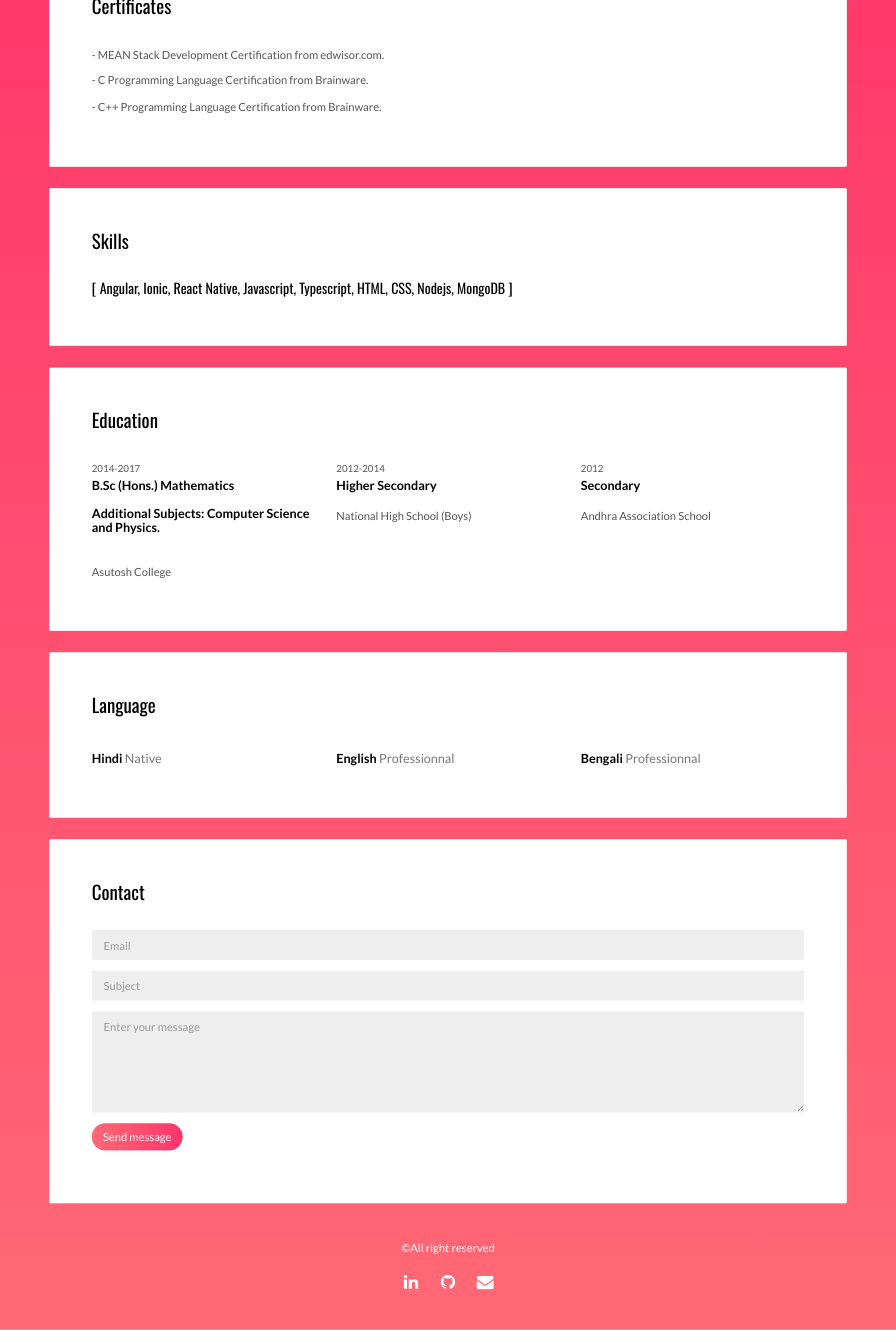
Repository: Ankit-singh7/work_with_ankit.github.io
Page: index.html
An editor plug-in stored every save of this project. The page is shown before and after the next save, followed by the edit.
The browser window is 1280 px wide. The pictures show the part of the page from y = 2311 to 4231 px (the page is 4211 px tall before and 4231 px after), at 70% of full size.

Above is the page before, as saved 2021-03-04 00:16:07.

### index.html
<!DOCTYPE html>
<html lang="en">

<head>
  <meta charset="UTF-8">
  <meta content="IE=edge" http-equiv="X-UA-Compatible">
  <meta content="width=device-width,initial-scale=1" name="viewport">
  <meta content="description" name="description">
  <meta name="google" content="notranslate" />
  <meta content="Mashup templates have been developped by Orson.io team" name="author">

  <!-- Disable tap highlight on IE -->
  <meta name="msapplication-tap-highlight" content="no">

  <link rel="apple-touch-icon" sizes="180x180" href="./assets/apple-icon-180x180.png">
  <link href="./assets/images/img.jpg" rel="icon">

  <title>@nk!t $!ngh | Software Developer</title>

 <link href="./main.d8e0d294.css" rel="stylesheet"></head>

<body class="">

<!-- Add your content of header -->
<div class="background-color-layer" style="background-image: url('assets/images/img-01.jpg')"
></div>
<main class="content-wrapper">
  <header class="white-text-container section-container">
    <div class="text-center">
      <h1>I am Ankit Singh</h1>
      <p>Software Developer</p>
      <p>
        <!-- <a class="fa-icon fa-icon-2x" href="https://facebook.com/" title="">
          <i class="fa fa-facebook"></i>
        </a> -->
        <!-- <a class="fa-icon fa-icon-2x" href="https://twitter.com/" title="">
          <i class="fa fa-twitter"></i>
        </a> -->
        <!-- <a class="fa-icon fa-icon-2x" href="https://dribbble.com/" title="">
          <i class="fa fa-dribbble"></i>
        </a> -->
        <a class="fa-icon fa-icon-2x" href="https://www.linkedin.com/in/ankit-singh-04b976165/" title="">
          <i class="fa fa-linkedin"></i>
        </a>
        <a class="fa-icon fa-icon-2x" href="https://github.com/Ankit-singh7" title="">
          <i class="fa fa-github"></i>
        </a>
        <a class="fa-icon fa-icon-2x" href="mailto:ankit.as2307@gmail.com" title="">
          <i class="fa fa-envelope"></i>
        </a>
        <!-- <a class="fa-icon fa-icon-2x" href="https://vimeo.com/" title="">
          <i class="fa fa-vimeo"></i>
        </a> -->
      </p>
    </div>
  </header>



<!-- Add your site or app content here -->

 <div class="container">
   <div class="row">
     <div class="col-xs-12">

        <div class="card">
          <div class="card-block">
            <h2>About me</h2>
            <div class="row">
              <div class="col-md-4">
                <p><img src="./assets/images/img.jpg" class="img-responsive" alt=""></p>
              </div>
              <div class="col-md-8">

              <p>Software Developer with 2+ years of experience in web development and hybrid mobile application development using Angular, Ionic and React Native.</p>
              <p>A technology enthusiast with a keen
                interest in problem solving with years of
                experience in Frontend Development and
                Hybrid Mobile App Development.</p>

              </div>
            </div>
          </div>
        </div>

        <!-- <div class="card">
          <div class="card-block">
            <h2>Projects</h2>
            <div class="row">
              <div class="col-md-4">
                <img src="./assets/images/img-02.jpg" class="img-responsive" alt="">
                <h3 class="h5">Amelia App</h3>
                <p>June 2017</p>
              </div>
              <div class="col-md-4">
                <img src="./assets/images/img-03.jpg" class="img-responsive" alt="">
                <h3 class="h5">Portland</h3>
                <p>March 2017</p>
              </div>
              <div class="col-md-4">
                <img src="./assets/images/img-04.jpg" class="img-responsive" alt="">
                <h3 class="h5">Denz for Nilon</h3>
                <p>Jan 2017</p>
              </div>
            </div>
          </div>
        </div> -->

        <div class="card">
          <div class="card-block">
            <h2>Projects</h2>
            <div id="carousel-example-generic" class="carousel slide" data-ride="carousel">


            <!-- Wrapper for slides -->
            <div class="carousel-inner" role="listbox">
              <div class="item active">
                <img src="./assets/images/ref.png" class="img-responsive" alt="...">
                <div class="carousel-caption">
                  <h3 class="h5">REF App (Made with Ionic)</h3>
                  <h4>Employer - Techpro Studio</h4>
                  <p>11/2020 - 03/2021</p>
                </div>
              </div>
              <div class="item">
                <img src="./assets/images/muni.png" class="img-responsive" alt="...">
                <div class="carousel-caption">
                  <h3 class="h5">Municipality App (Made with Ionic)</h3>
                  <h4>Freelancing</h4>
                  <p>08/2019 - 01/2020</p>
                </div>
              </div>
              <div class="item">
                <img src="./assets/images/engage.png" class="img-responsive" alt="...">
                <div class="carousel-caption">
                  <h3 class="h5">Engage Local (Made with Ionic)</h3>
                  <h4>Employer - Techpro Studio</h4>
                  <p>12/2019 - 05/2020</p>
                </div>
              </div>

              <div class="item">
                <img src="./assets/images/Drag.png" class="img-responsive" alt="...">
                <div class="carousel-caption">
                  <h3 class="h5">Drag & Drop Website Builder (Made with grapesjs)</h3>
                  <h4>Employer - Techpro Studio</h4>
                  <p>06/2020 - 03/2021</p>
                </div>
              </div>
              <div class="item">
                <img src="./assets/images/caters.png" class="img-responsive" alt="...">
                <div class="carousel-caption">
                  <h3 class="h5">Caters App (Made with Ionic)</h3>
                  <h4>Employer - Techpro Studio</h4>
                  <p>08/2020 - 01/2021</p>
                </div>
              </div>
            </div>

            <!-- Indicators -->
            <ol class="carousel-indicators">
              <li data-target="#carousel-example-generic" data-slide-to="0" class="active"></li>
              <li data-target="#carousel-example-generic" data-slide-to="1"></li>
              <li data-target="#carousel-example-generic" data-slide-to="2"></li>
              <li data-target="#carousel-example-generic" data-slide-to="3"></li>
              <li data-target="#carousel-example-generic" data-slide-to="4"></li>
            </ol>

          </div>
          </div>
        </div>

        <div class="card">
          <div class="card-block">
            <h2>Work</h2>
            <div class="work-experience">
              <small class="date">03/2019-Present</small>
              <h3 class="h5 date-title">Software developer - <a href="http://en.orson.io" title="Create professionnal website">Techpro Studio</a></h3>


              <p>- Created and apply UI requirements utilizing Angular Framework, Ionic and React Native to create various web applications and hybrid mobile applications.</p>
              <p>- Maintaining and upgrading existing web applications.</p>
              <p>- Worked closely with clients to meet project requirements.</p>
            </div>


          </div>
        </div>
        <div class="card">
          <div class="card-block">
            <h2>Certificates</h2>
            <div class="work-experience">
              <p>- MEAN Stack Development Certification from edwisor.com.</p>
              <p>- C Programming Language Certification from Brainware.</p>
              <p>- C++ Programming Language Certification from Brainware.</p>
            </div>


          </div>
        </div>

        <div class="card">
          <div class="card-block">
            <h2>Skills</h2>
            <div class="work-experience">
              <h3>[ Angular, Ionic, React Native, Javascript, Typescript, HTML, CSS, Nodejs, MongoDB ]</h3>
            </div>


          </div>
        </div>


        <div class="card">
          <div class="card-block">
            <h2>Education</h2>
            <div class="row">
              <div class="col-md-4">
                <div class="education-experience">
                  <small class="date">2014-2017</small>
                  <h3 class="h5 date-title">B.Sc (Hons.) Mathematics</h3>
                  <h2 class="h5">Additional Subjects: Computer Science and Physics.</h2>
                  <p>Asutosh College</p>
                </div>

              </div>
              <div class="col-md-4">
                <div class="education-experience">
                  <small class="date">2012-2014</small>
                  <h3 class="h5 date-title">Higher Secondary</h3>
                  <p>National High School (Boys)</p>
                </div>
              </div>
              <div class="col-md-4">
                <div class="education-experience">
                  <small class="date">2012</small>
                  <h3 class="h5 date-title">Secondary</h3>
                  <p>Andhra Association School</p>
                </div>
              </div>
            </div>
          </div>
        </div>

        <div class="card">
          <div class="card-block">
            <h2>Language</h2>
            <div class="row">
              <div class="col-md-4">
                <div class="language-experience">
                  <h3 class="h5">Hindi  <small>Native</small></h3>
                </div>
              </div>
              <div class="col-md-4">
                <div class="language-experience">
                  <h3 class="h5">English  <small>Professionnal</small></h3>
                </div>
              </div>
              <div class="col-md-4">
                <div class="language-experience">
                  <h3 class="h5">Bengali  <small>Professionnal</small></h3>
                </div>
              </div>
            </div>
          </div>
        </div>


        <div class="card">
          <div class="card-block">
            <h2>Contact</h2>
            <form action="" class="reveal-content">
              <div class="form-group">
                <input type="email" class="form-control" id="email" placeholder="Email">
              </div>
              <div class="form-group">
                <input type="text" class="form-control" id="subject" placeholder="Subject">
              </div>
              <div class="form-group">
                <textarea class="form-control" rows="5" placeholder="Enter your message"></textarea>
              </div>
              <div class="form-group">
                <button type="submit" class=" btn btn-primary">Send message</button>
              </div>
            </form>
          </div>
        </div>

     </div>
   </div>
 </div>

</main>
<footer class="footer-container white-text-container text-center">
  <div class="container">
    <div class="row">
      <div class="col-xs-12">
        <!-- <p><img src="./assets/images/mashup-icon.svg" alt=""></p> -->

        <p>©All right reserved</p>
        <p>
          <a class="fa-icon fa-icon-2x" href="https://www.linkedin.com/in/ankit-singh-04b976165/" title="">
            <i class="fa fa-linkedin"></i>
          </a>
          <a class="fa-icon fa-icon-2x" href="https://github.com/Ankit-singh7" title="">
            <i class="fa fa-github"></i>
          </a>
          <a class="fa-icon fa-icon-2x" href="mailto:ankit.as2307@gmail.com" title="">
            <i class="fa fa-envelope"></i>
          </a>
        </p>
      </div>
    </div>
  </div>
</footer>

<script>
  document.addEventListener("DOMContentLoaded", function (event) {
     scrollRevelation('.card');
  });
</script>
<!-- Google Analytics: change UA-XXXXX-X to be your site's ID

<script>
  (function (i, s, o, g, r, a, m) {
    i['GoogleAnalyticsObject'] = r; i[r] = i[r] || function () {
      (i[r].q = i[r].q || []).push(arguments)
    }, i[r].l = 1 * new Date(); a = s.createElement(o),
      m = s.getElementsByTagName(o)[0]; a.async = 1; a.src = g; m.parentNode.insertBefore(a, m)
  })(window, document, 'script', '//www.google-analytics.com/analytics.js', 'ga');
  ga('create', 'UA-XXXXX-X', 'auto');
  ga('send', 'pageview');
</script>

--><script type="text/javascript" src="./main.bc58148c.js"></script></body>

</html>

Loaded but not shown: main.d8e0d294.css (library); main.bc58148c.js (library)

After the next save:
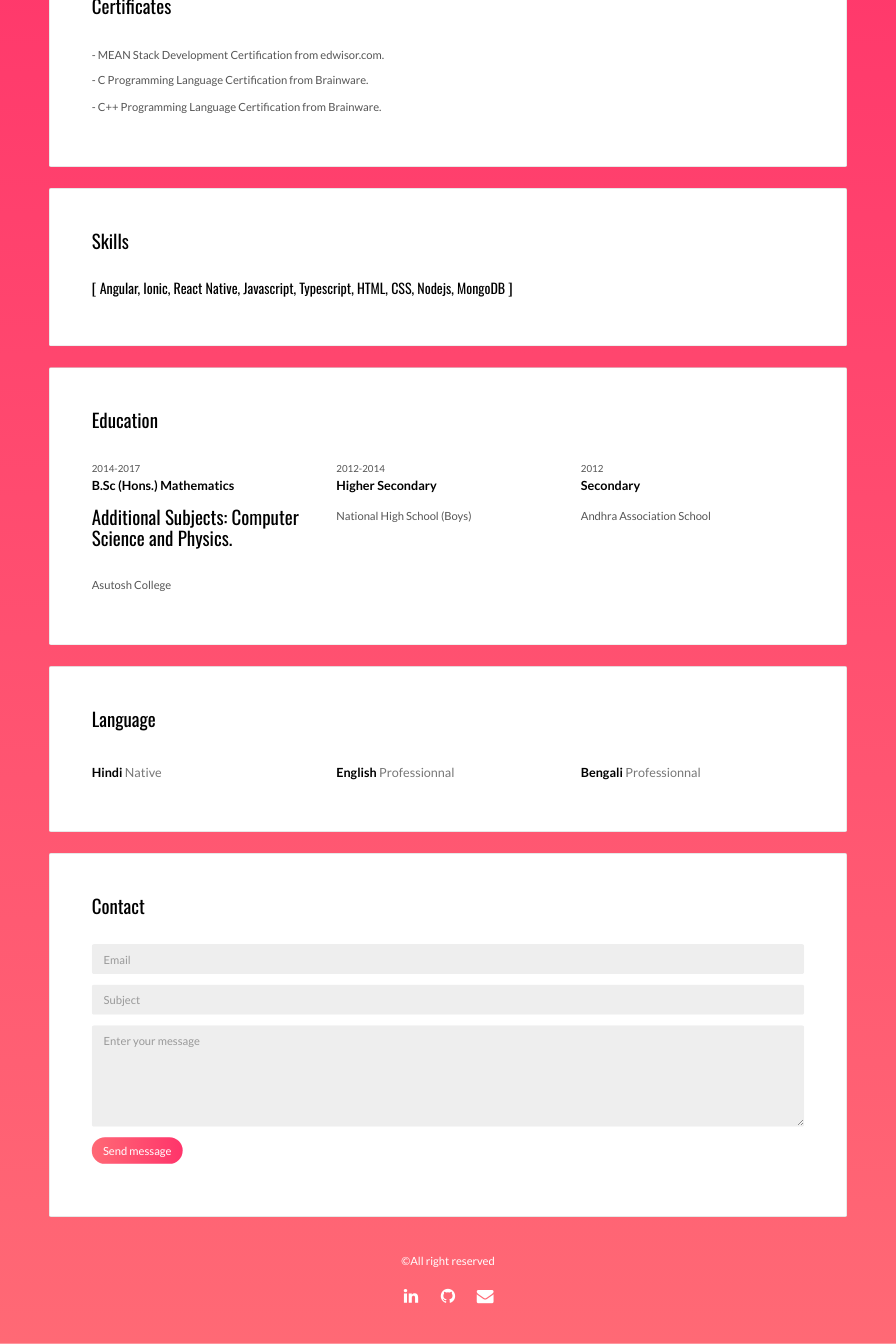
Saved 10 s later.
--- a/index.html
+++ b/index.html
@@ -219,7 +219,7 @@
                 <div class="education-experience">
                   <small class="date">2014-2017</small>
                   <h3 class="h5 date-title">B.Sc (Hons.) Mathematics</h3>
-                  <h2 class="h5">Additional Subjects: Computer Science and Physics.</h2>
+                  <h2>Additional Subjects: Computer Science and Physics.</h2>
                   <p>Asutosh College</p>
                 </div>
 
